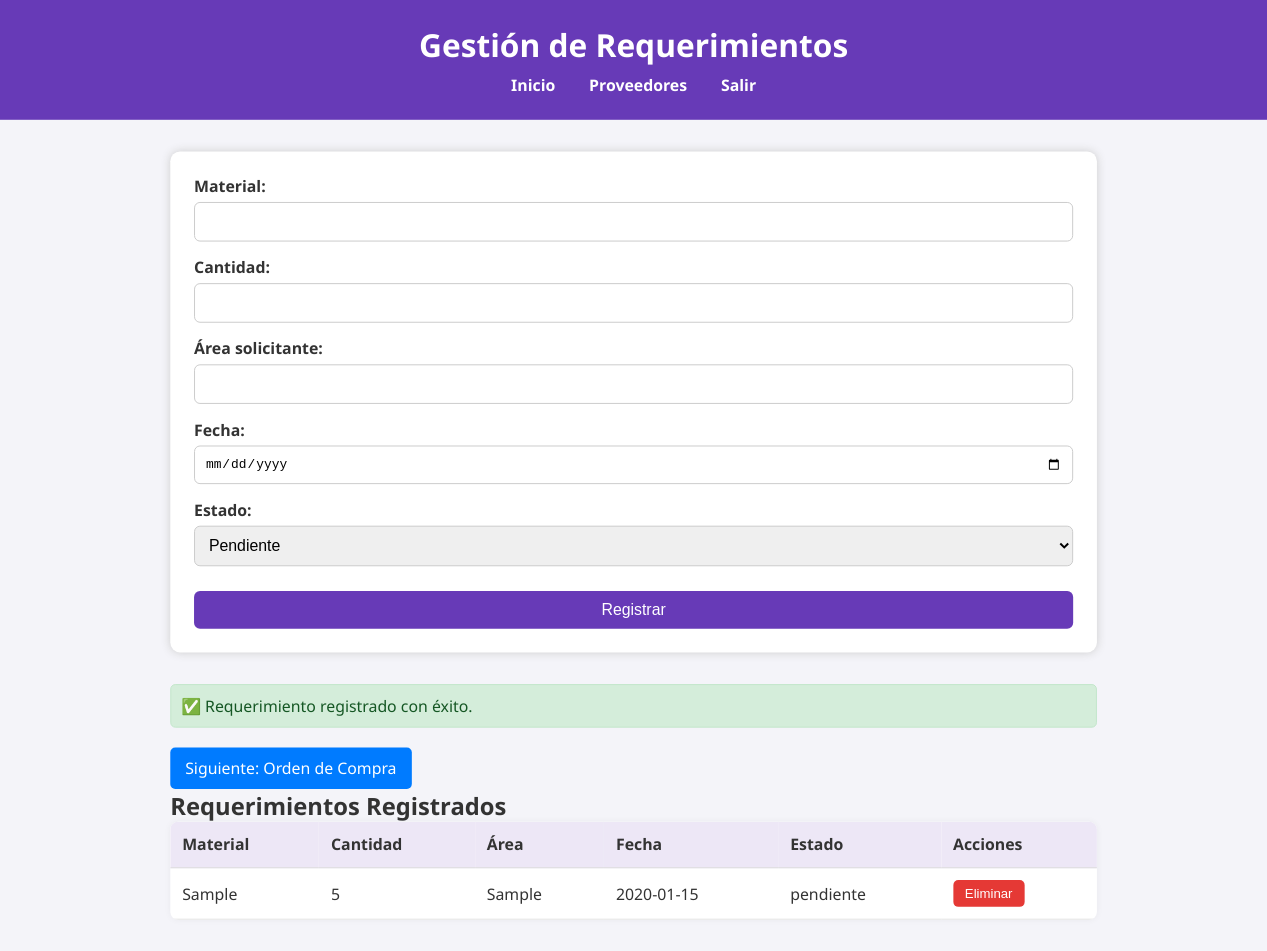
Repository: djkeviin/Mi-primera-chamba
Page: views/requerimientos.html
An editor plug-in stored every save of this project. The page is shown before and after the next save, followed by the edit.
The browser window is 1280 px wide. The pictures show the whole page, at 99% of full size.
Empty fields were first filled with sample values (such as "Sample", 5 or name@example.com).
After loading, the first visible `#formRequerimiento` was submitted once.

Above is the page before, as saved 2025-05-01 23:15:55.

### views/requerimientos.html
<!DOCTYPE html>
<html lang="es">
<head>
  <meta charset="UTF-8">
  <title>Gestión de Requerimientos</title>
  <link rel="stylesheet" href="../css/requerimientos.css">
</head>
<body>
  <header>
    <h1>Gestión de Requerimientos</h1>
    <nav>
      <a href="dashboard.html">Inicio</a>
      <a href="proveedores.html">Proveedores</a>
      <a href="../index.html">Salir</a>
    </nav>
  </header>

  <main>
    <form id="formRequerimiento">
        <label>Material:
          <input type="text" id="material" name="material" required>
        </label>
        <label>Cantidad:
          <input type="number" id="cantidad" name="cantidad" required>
        </label>
        <label>Área solicitante:
          <input type="text" id="area" name="area" required>
        </label>
        <label>Fecha:
          <input type="date" id="fecha" name="fecha" required>
        </label>
        <label>Estado:
          <select id="estado" name="estado" required>
            <option value="pendiente">Pendiente</option>
            <option value="aprobado">Aprobado</option>
            <option value="rechazado">Rechazado</option>
          </select>
        </label>
        <button type="submit">Registrar</button>
      </form>

      <div id="mensajeExito" class="mensaje-exito" style="display: none;"></div>
        <a href="ordenes.html" id="btnSiguiente" style="display: none;">Siguiente: Orden de Compra</a>

    <section class="lista">
      <h2>Requerimientos Registrados</h2>
      <table>
        <thead>
          <tr>
            <th>Material</th>
            <th>Cantidad</th>
            <th>Área</th>
            <th>Fecha</th>
            <th>Estado</th>
            <th>Acciones</th>
          </tr>
        </thead>
        <tbody id="tablaRequerimientos">
          <!-- Requerimientos dinámicos -->
        </tbody>
      </table>
    </section>
  </main>

  <script src="../js/requerimientos.js"></script>
</body>
</html>

### css/requerimientos.css
/* Reset básico */
* {
    box-sizing: border-box;
    margin: 0;
    padding: 0;
  }

  /* Estilo general */
  body {
    font-family: 'Segoe UI', sans-serif;
    background: #f4f4f9;
    color: #333;
  }

  /* Encabezado */
  header {
    background-color: #673ab7;
    color: white;
    padding: 1.5em;
    text-align: center;
  }

  nav {
    margin-top: 0.5em;
  }

  nav a {
    color: white;
    margin: 0 15px;
    text-decoration: none;
    font-weight: bold;
  }

  nav a:hover {
    text-decoration: underline;
  }

  /* Contenido principal */
  main {
    padding: 2em;
    max-width: 1000px;
    margin: auto;
  }

  /* Formulario */
  form {
    background-color: white;
    padding: 1.5em;
    border-radius: 10px;
    box-shadow: 0 0 10px #ccc;
    margin-bottom: 2em;
  }

  form label {
    display: block;
    margin-bottom: 15px;
    font-weight: bold;
  }

  form input,
  form select,
  form button {
    width: 100%;
    padding: 10px;
    margin-top: 5px;
    border: 1px solid #ccc;
    border-radius: 6px;
    font-size: 1em;
  }

  form button {
    background-color: #673ab7;
    color: white;
    border: none;
    cursor: pointer;
    margin-top: 10px;
  }

  form button:hover {
    background-color: #5e35b1;
  }

  /* Tabla */
  table {
    width: 100%;
    border-collapse: collapse;
    background: white;
    border-radius: 8px;
    box-shadow: 0 0 8px rgba(0, 0, 0, 0.05);
    overflow: hidden;
  }

  thead {
    background-color: #ede7f6;
  }

  th, td {
    text-align: left;
    padding: 12px;
    border-bottom: 1px solid #ddd;
  }

  tr:hover {
    background-color: #f1f1f1;
  }

  button {
    padding: 6px 12px;
    background-color: #e53935;
    color: white;
    border: none;
    border-radius: 5px;
    cursor: pointer;
  }

  button:hover {
    background-color: #c62828;
  }

  .mensaje-exito {
    background-color: #d4edda;
    color: #155724;
    padding: 10px;
    margin: 10px 0;
    border: 1px solid #c3e6cb;
    border-radius: 5px;
  }

  #btnSiguiente {
    display: inline-block;
    margin-top: 10px;
    padding: 10px 15px;
    background-color: #007bff;
    color: white;
    text-decoration: none;
    border-radius: 5px;
  }

  #btnSiguiente:hover {
    background-color: #0056b3;
  }

### js/requerimientos.js
document.addEventListener("DOMContentLoaded", function () {
    mostrarRequerimientos(); // Cargar requerimientos al iniciar

    document.getElementById("formRequerimiento").addEventListener("submit", function (e) {
      e.preventDefault();

      const material = document.getElementById("material").value;
      const cantidad = document.getElementById("cantidad").value;
      const area = document.getElementById("area").value;
      const fecha = document.getElementById("fecha").value;
      const estado = document.getElementById("estado").value;

      const nuevoRequerimiento = {
        material,
        cantidad,
        area,
        fecha,
        estado
      };

      let requerimientos = JSON.parse(localStorage.getItem("requerimientos")) || [];
      requerimientos.push(nuevoRequerimiento);
      localStorage.setItem("requerimientos", JSON.stringify(requerimientos));

      const mensaje = document.getElementById("mensajeExito");
mensaje.textContent = "✅ Requerimiento registrado con éxito.";
mensaje.style.display = "block";

document.getElementById("btnSiguiente").style.display = "inline-block";
      this.reset();
      mostrarRequerimientos();
    });
  });

  function mostrarRequerimientos() {
    const tabla = document.getElementById("tablaRequerimientos");
    tabla.innerHTML = "";

    const requerimientos = JSON.parse(localStorage.getItem("requerimientos")) || [];

    requerimientos.forEach((req, index) => {
      const fila = document.createElement("tr");

      fila.innerHTML = `
        <td>${req.material}</td>
        <td>${req.cantidad}</td>
        <td>${req.area}</td>
        <td>${req.fecha}</td>
        <td>${req.estado}</td>
        <td>
          <button onclick="eliminarRequerimiento(${index})">Eliminar</button>
        </td>
      `;

      tabla.appendChild(fila);
    });
  }

  function eliminarRequerimiento(index) {
    let requerimientos = JSON.parse(localStorage.getItem("requerimientos")) || [];
    requerimientos.splice(index, 1);
    localStorage.setItem("requerimientos", JSON.stringify(requerimientos));
    mostrarRequerimientos();
  }

After the next save:
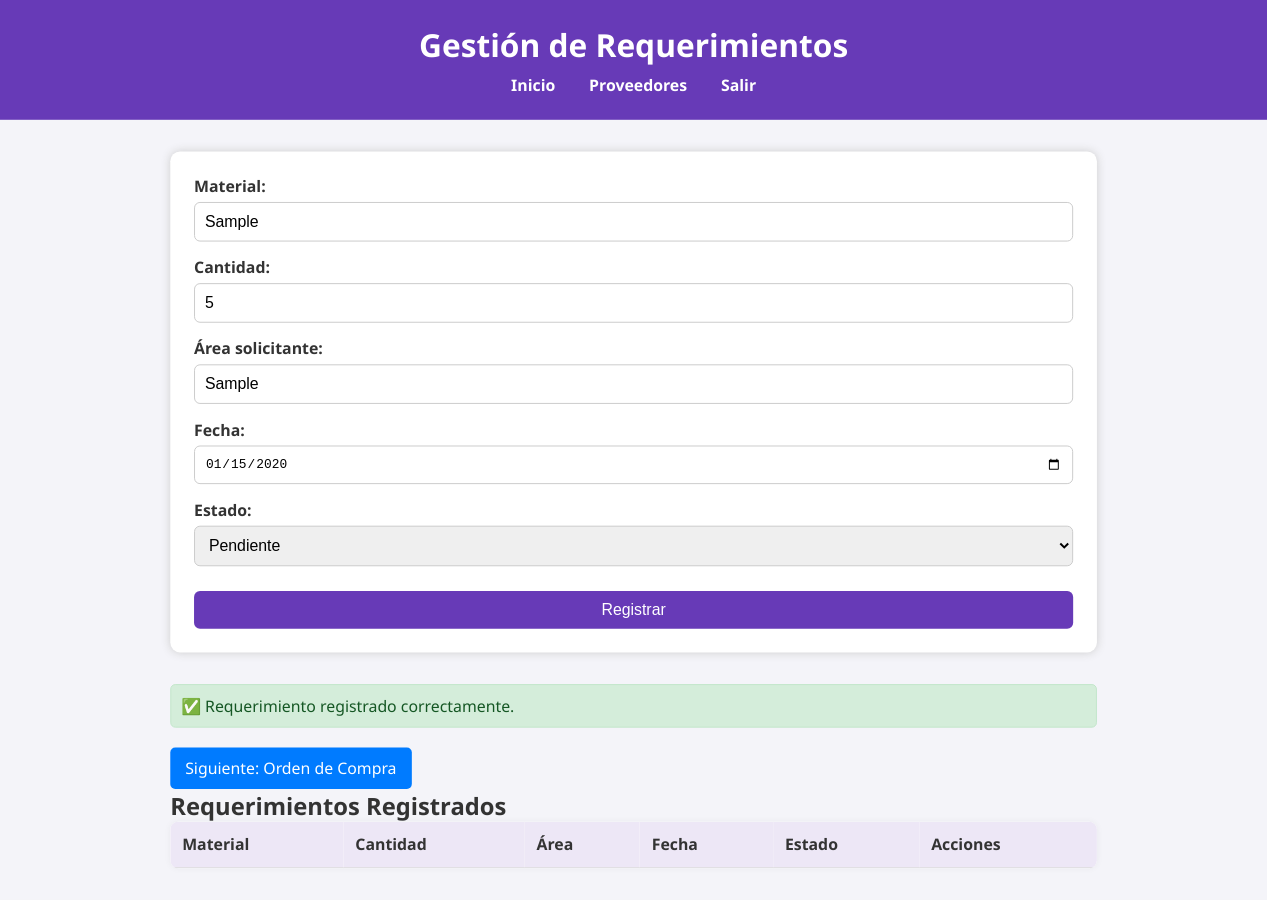
Console error: ReferenceError: mostrarRequerimientos is not defined
Saved 75 s later.
--- a/js/requerimientos.js
+++ b/js/requerimientos.js
@@ -1,64 +1,29 @@
-document.addEventListener("DOMContentLoaded", function () {
-    mostrarRequerimientos(); // Cargar requerimientos al iniciar
+document.getElementById("formRequerimiento").addEventListener("submit", function (e) {
+    e.preventDefault();
 
-    document.getElementById("formRequerimiento").addEventListener("submit", function (e) {
-      e.preventDefault();
+    const material = document.getElementById("material").value;
+    const cantidad = document.getElementById("cantidad").value;
+    const area = document.getElementById("area").value;
+    const fecha = document.getElementById("fecha").value;
+    const estado = document.getElementById("estado").value;
 
-      const material = document.getElementById("material").value;
-      const cantidad = document.getElementById("cantidad").value;
-      const area = document.getElementById("area").value;
-      const fecha = document.getElementById("fecha").value;
-      const estado = document.getElementById("estado").value;
+    const nuevoRequerimiento = {
+      material,
+      cantidad,
+      area,
+      fecha,
+      estado
+    };
 
-      const nuevoRequerimiento = {
-        material,
-        cantidad,
-        area,
-        fecha,
-        estado
-      };
+    let requerimientos = JSON.parse(localStorage.getItem("requerimientos")) || [];
+    requerimientos.push(nuevoRequerimiento);
+    localStorage.setItem("requerimientos", JSON.stringify(requerimientos));
 
-      let requerimientos = JSON.parse(localStorage.getItem("requerimientos")) || [];
-      requerimientos.push(nuevoRequerimiento);
-      localStorage.setItem("requerimientos", JSON.stringify(requerimientos));
+    // Mostrar mensaje y botón siguiente
+    document.getElementById("mensajeExito").textContent = "✅ Requerimiento registrado correctamente.";
+    document.getElementById("mensajeExito").style.display = "block";
+    document.getElementById("btnSiguiente").style.display = "inline-block";
 
-      const mensaje = document.getElementById("mensajeExito");
-mensaje.textContent = "✅ Requerimiento registrado con éxito.";
-mensaje.style.display = "block";
-
-document.getElementById("btnSiguiente").style.display = "inline-block";
-      this.reset();
-      mostrarRequerimientos();
-    });
+    mostrarRequerimientos();
+    this.reset();
   });
-
-  function mostrarRequerimientos() {
-    const tabla = document.getElementById("tablaRequerimientos");
-    tabla.innerHTML = "";
-
-    const requerimientos = JSON.parse(localStorage.getItem("requerimientos")) || [];
-
-    requerimientos.forEach((req, index) => {
-      const fila = document.createElement("tr");
-
-      fila.innerHTML = `
-        <td>${req.material}</td>
-        <td>${req.cantidad}</td>
-        <td>${req.area}</td>
-        <td>${req.fecha}</td>
-        <td>${req.estado}</td>
-        <td>
-          <button onclick="eliminarRequerimiento(${index})">Eliminar</button>
-        </td>
-      `;
-
-      tabla.appendChild(fila);
-    });
-  }
-
-  function eliminarRequerimiento(index) {
-    let requerimientos = JSON.parse(localStorage.getItem("requerimientos")) || [];
-    requerimientos.splice(index, 1);
-    localStorage.setItem("requerimientos", JSON.stringify(requerimientos));
-    mostrarRequerimientos();
-  }

After the save that followed:
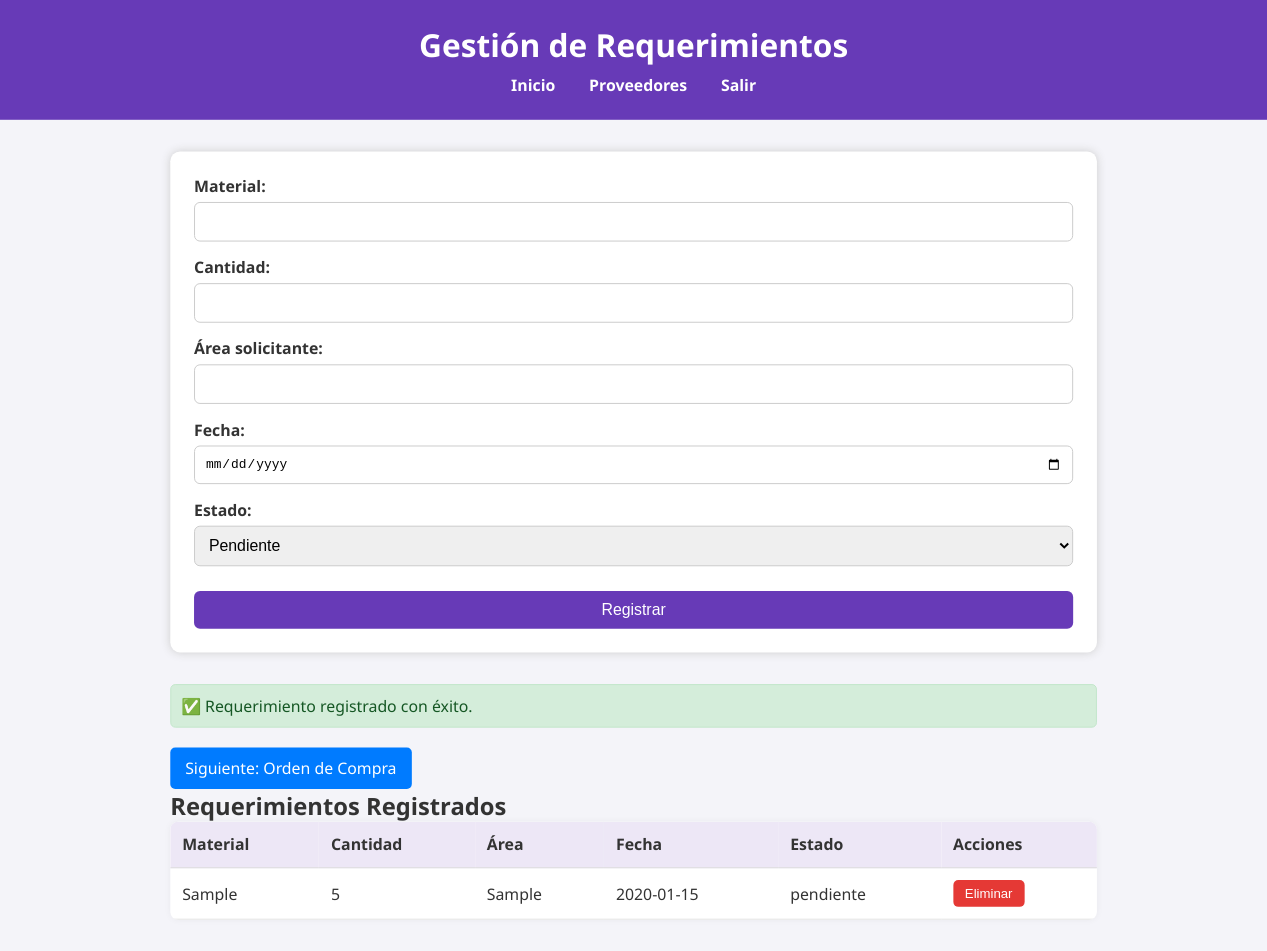
The error is gone.
Saved 7 min 58 s later.
--- a/js/requerimientos.js
+++ b/js/requerimientos.js
@@ -1,29 +1,64 @@
-document.getElementById("formRequerimiento").addEventListener("submit", function (e) {
-    e.preventDefault();
+document.addEventListener("DOMContentLoaded", function () {
+    mostrarRequerimientos(); // Cargar requerimientos al iniciar
 
-    const material = document.getElementById("material").value;
-    const cantidad = document.getElementById("cantidad").value;
-    const area = document.getElementById("area").value;
-    const fecha = document.getElementById("fecha").value;
-    const estado = document.getElementById("estado").value;
+    document.getElementById("formRequerimiento").addEventListener("submit", function (e) {
+      e.preventDefault();
 
-    const nuevoRequerimiento = {
-      material,
-      cantidad,
-      area,
-      fecha,
-      estado
-    };
+      const material = document.getElementById("material").value;
+      const cantidad = document.getElementById("cantidad").value;
+      const area = document.getElementById("area").value;
+      const fecha = document.getElementById("fecha").value;
+      const estado = document.getElementById("estado").value;
 
+      const nuevoRequerimiento = {
+        material,
+        cantidad,
+        area,
+        fecha,
+        estado
+      };
+
+      let requerimientos = JSON.parse(localStorage.getItem("requerimientos")) || [];
+      requerimientos.push(nuevoRequerimiento);
+      localStorage.setItem("requerimientos", JSON.stringify(requerimientos));
+
+      const mensaje = document.getElementById("mensajeExito");
+        mensaje.textContent = "✅ Requerimiento registrado con éxito.";
+         mensaje.style.display = "block";
+
+document.getElementById("btnSiguiente").style.display = "inline-block";
+      this.reset();
+      mostrarRequerimientos();
+    });
+  });
+
+  function mostrarRequerimientos() {
+    const tabla = document.getElementById("tablaRequerimientos");
+    tabla.innerHTML = "";
+
+    const requerimientos = JSON.parse(localStorage.getItem("requerimientos")) || [];
+
+    requerimientos.forEach((req, index) => {
+      const fila = document.createElement("tr");
+
+      fila.innerHTML = `
+        <td>${req.material}</td>
+        <td>${req.cantidad}</td>
+        <td>${req.area}</td>
+        <td>${req.fecha}</td>
+        <td>${req.estado}</td>
+        <td>
+          <button onclick="eliminarRequerimiento(${index})">Eliminar</button>
+        </td>
+      `;
+
+      tabla.appendChild(fila);
+    });
+  }
+
+  function eliminarRequerimiento(index) {
     let requerimientos = JSON.parse(localStorage.getItem("requerimientos")) || [];
-    requerimientos.push(nuevoRequerimiento);
+    requerimientos.splice(index, 1);
     localStorage.setItem("requerimientos", JSON.stringify(requerimientos));
-
-    // Mostrar mensaje y botón siguiente
-    document.getElementById("mensajeExito").textContent = "✅ Requerimiento registrado correctamente.";
-    document.getElementById("mensajeExito").style.display = "block";
-    document.getElementById("btnSiguiente").style.display = "inline-block";
-
     mostrarRequerimientos();
-    this.reset();
-  });
+  }
